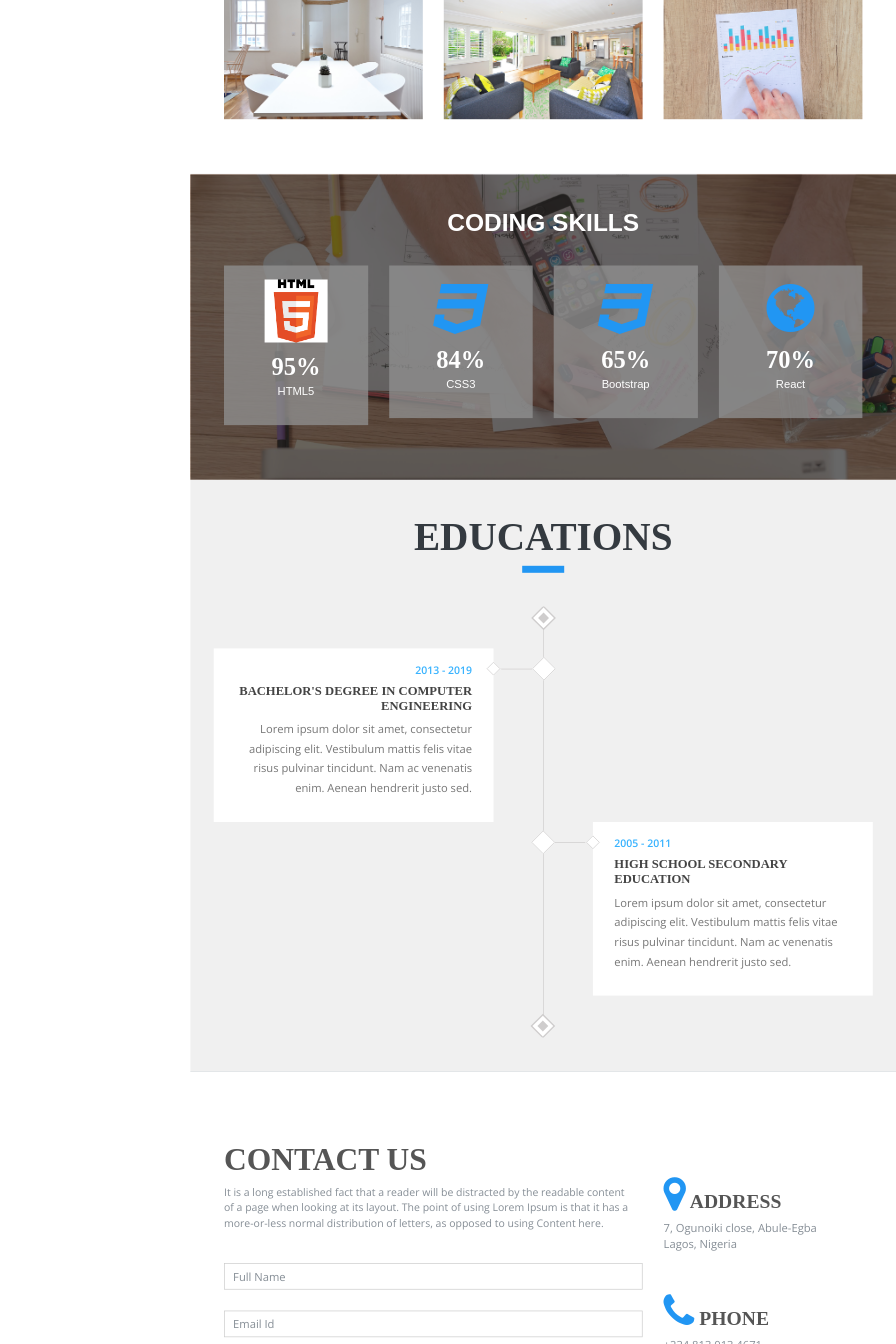
Repository: smit1298/portfolio
Page: index.html
The author's editor kept a copy of each file at every save. The page is drawn from the files as they stood at one save, then again after a run of saves.
The browser window is 1280 px wide. The pictures show the part of the page from y = 1935 to 3855 px (the page is 4829 px tall before and 4819 px after), at 70% of full size.
Some web fonts or font styles are not loaded; a fallback is used.

Above is the page before, as saved 2021-06-28 18:21:28.

After the next 2 saves:
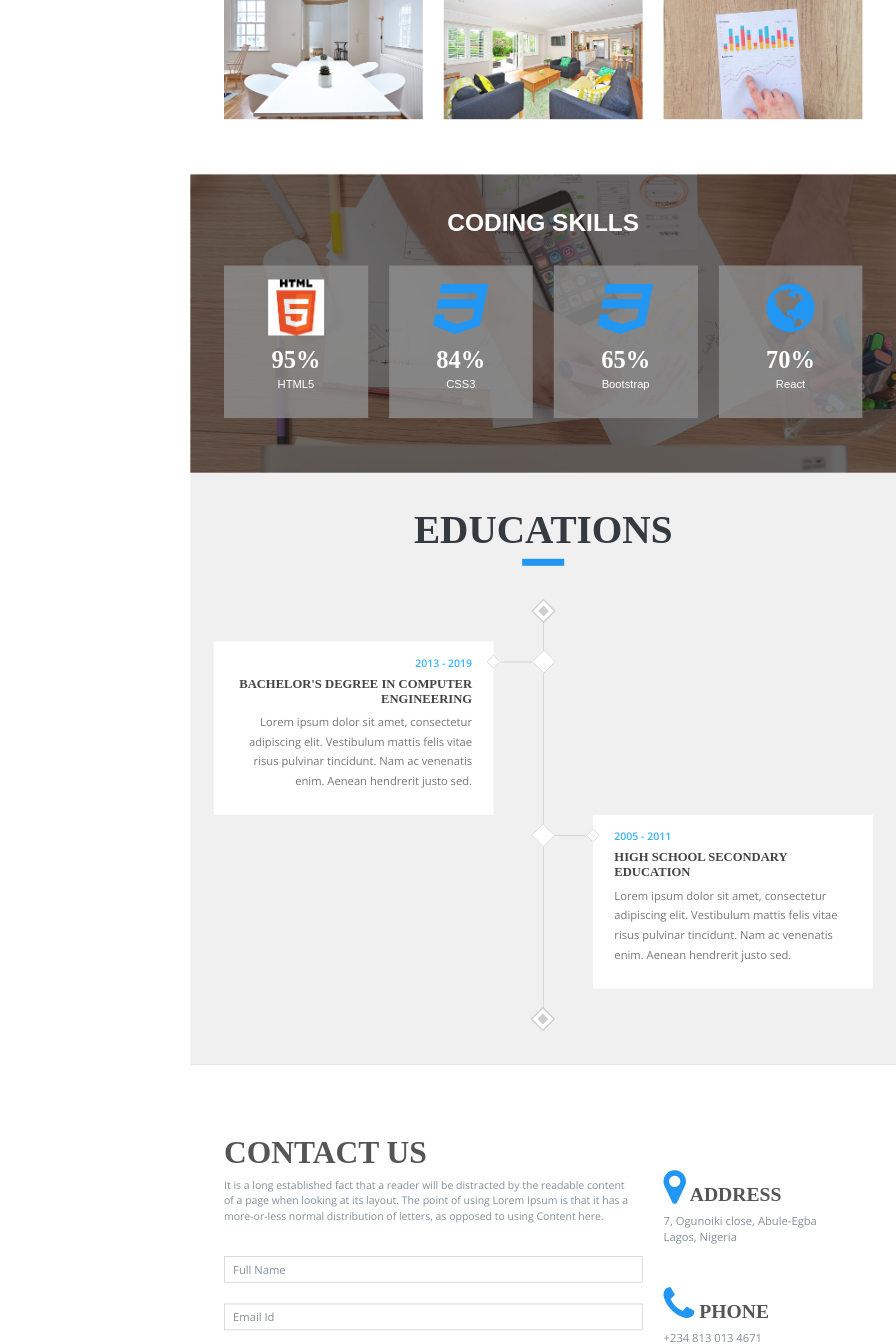
The 2 saves are shown as one change because they came seconds apart.
The last was saved 21 s later.
--- a/index.html
+++ b/index.html
@@ -346,7 +346,7 @@
           <div class="row text-center my-auto">
             <div class="col-md-3 col-sm-6">
               <div class="skill-item">
-                <img src="./img/skills/html.png" style="width: 90px; height: auto;" alt="" />
+                <img src="./img/skills/html.png" style="width: 80px; height: auto;" alt="" />
                 <h2><span class="counter"> 95 </span><span>%</span></h2>
                 <p>HTML5</p>
               </div>
